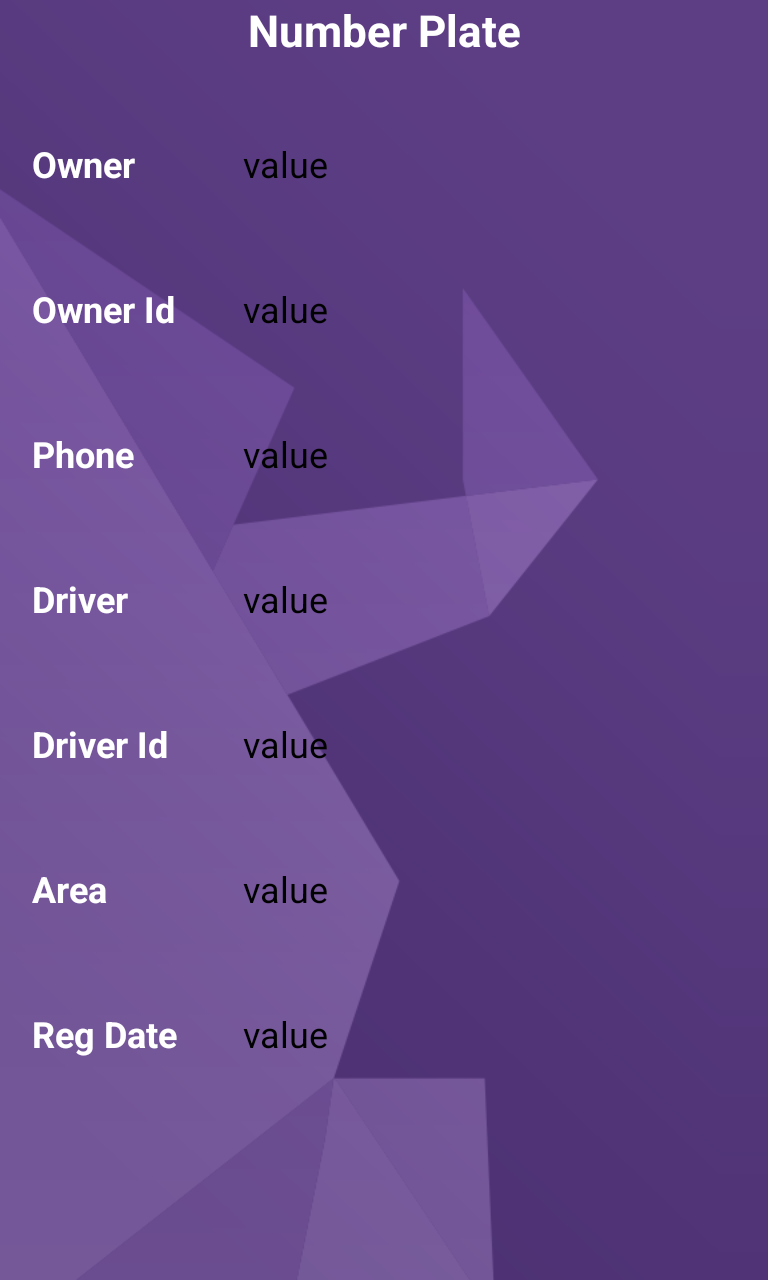
Repository: walteranyika/personal
Layout: PikiPiki/res/layout/activity_details.xml
An editor plug-in stored every save of this project. The layout is shown before and after the next save, followed by the edit.
It is drawn on a 768 x 1280 px phone screen (xhdpi) without system bars, with theme AppTheme; the app's code is not run.

Above is the layout before, as saved 2015-11-06 12:10:29.

### PikiPiki/res/layout/activity_details.xml
<RelativeLayout xmlns:android="http://schemas.android.com/apk/res/android"
    xmlns:tools="http://schemas.android.com/tools"
    android:layout_width="match_parent"
    android:layout_height="match_parent"
    android:background="@drawable/background_fill"
    tools:context=".DetailsActivity" >

    <ImageView
        android:id="@+id/imageView1"
        android:layout_width="match_parent"
        android:layout_height="match_parent"
        android:layout_alignParentLeft="true"
        android:layout_alignParentTop="true"
        android:contentDescription="@string/background_image"
        android:scaleType="fitStart"
        android:src="@drawable/background" />

    <TextView
        android:id="@+id/tvRegNo"
        android:layout_width="match_parent"
        android:layout_height="wrap_content"
        android:layout_alignRight="@+id/imageView1"
        android:layout_marginBottom="24dp"
        android:gravity="center_horizontal"
        android:text="@string/number_plate"
        android:textAppearance="?android:attr/textAppearanceLarge"
        android:textColor="@android:color/white"
        android:textStyle="bold" />

    <LinearLayout
        android:padding="16dp"
        android:id="@+id/LinearLayout01"
        android:layout_width="fill_parent"
        android:layout_height="wrap_content"
        android:layout_alignParentLeft="true"
        android:layout_below="@+id/linearLayout1"
        android:layout_marginTop="16dp" >

        <TextView
            android:id="@+id/TextView01"
            android:layout_width="0dp"
            android:layout_height="wrap_content"
            android:layout_weight="0.3"
            android:text="@string/owner_id"
            android:textAppearance="?android:attr/textAppearanceMedium"
            android:textColor="@android:color/white"
            android:textStyle="bold" />

        <TextView
            android:id="@+id/tvOwnerId"
            android:layout_width="0dp"
            android:layout_height="wrap_content"
            android:layout_weight="0.7"
            android:text="@string/empty_string"
            android:textAppearance="?android:attr/textAppearanceMedium" />
    </LinearLayout>

    <LinearLayout
        android:padding="16dp"
        android:id="@+id/LinearLayout02"
        android:layout_width="fill_parent"
        android:layout_height="wrap_content"
        android:layout_alignParentLeft="true"
        android:layout_below="@+id/LinearLayout01"
        android:layout_marginTop="16dp" >

        <TextView
            android:id="@+id/TextView03"
            android:layout_width="0dp"
            android:layout_height="wrap_content"
            android:layout_weight="0.3"
            android:text="@string/phone"
            android:textAppearance="?android:attr/textAppearanceMedium"
            android:textColor="@android:color/white"
            android:textStyle="bold" />

        <TextView
            android:id="@+id/tvPhone"
            android:layout_width="0dp"
            android:layout_height="wrap_content"
            android:layout_weight="0.7"
            android:text="@string/empty_string"
            android:textAppearance="?android:attr/textAppearanceMedium" />
    </LinearLayout>

    <LinearLayout
        android:padding="16dp"
        android:id="@+id/LinearLayout03"
        android:layout_width="fill_parent"
        android:layout_height="wrap_content"
        android:layout_alignParentLeft="true"
        android:layout_below="@+id/LinearLayout02"
        android:layout_marginTop="16dp" >

        <TextView
            android:id="@+id/TextView05"
            android:layout_width="0dp"
            android:layout_height="wrap_content"
            android:layout_weight="0.3"
            android:text="@string/driver"
            android:textAppearance="?android:attr/textAppearanceMedium"
            android:textColor="@android:color/white"
            android:textStyle="bold" />

        <TextView
            android:id="@+id/tvDriverName"
            android:layout_width="0dp"
            android:layout_height="wrap_content"
            android:layout_weight="0.7"
            android:text="@string/empty_string"
            android:textAppearance="?android:attr/textAppearanceMedium" />
    </LinearLayout>

    <LinearLayout
        android:padding="16dp"
        android:id="@+id/LinearLayout04"
        android:layout_width="fill_parent"
        android:layout_height="wrap_content"
        android:layout_alignParentLeft="true"
        android:layout_below="@+id/LinearLayout03"
        android:layout_marginTop="16dp" >

        <TextView
            android:id="@+id/TextView07"
            android:layout_width="0dp"
            android:layout_height="wrap_content"
            android:layout_weight="0.3"
            android:text="@string/driver_id"
            android:textAppearance="?android:attr/textAppearanceMedium"
            android:textColor="@android:color/white"
            android:textStyle="bold" />

        <TextView
            android:id="@+id/tvDriverId"
            android:layout_width="0dp"
            android:layout_height="wrap_content"
            android:layout_weight="0.7"
            android:text="@string/empty_string"
            android:textAppearance="?android:attr/textAppearanceMedium" />
    </LinearLayout>

    <LinearLayout
        android:padding="16dp"
        android:id="@+id/LinearLayout05"
        android:layout_width="fill_parent"
        android:layout_height="wrap_content"
        android:layout_alignParentLeft="true"
        android:layout_below="@+id/LinearLayout04"
        android:layout_marginTop="16dp" >

        <TextView
            android:id="@+id/TextView09"
            android:layout_width="0dp"
            android:layout_height="wrap_content"
            android:layout_weight="0.3"
            android:text="@string/area"
            android:textAppearance="?android:attr/textAppearanceMedium"
            android:textColor="@android:color/white"
            android:textStyle="bold" />

        <TextView
            android:id="@+id/tvAreaOperation"
            android:layout_width="0dp"
            android:layout_height="wrap_content"
            android:layout_weight="0.7"
            android:text="@string/empty_string"
            android:textAppearance="?android:attr/textAppearanceMedium" />
    </LinearLayout>

    <LinearLayout
        android:padding="16dp"
        android:id="@+id/LinearLayout06"
        android:layout_width="fill_parent"
        android:layout_height="wrap_content"
        android:layout_alignParentLeft="true"
        android:layout_below="@+id/LinearLayout05"
        android:layout_marginTop="16dp" >

        <TextView
            android:id="@+id/TextView11"
            android:layout_width="0dp"
            android:layout_height="wrap_content"
            android:layout_weight="0.3"
            android:text="@string/reg_date"
            android:textAppearance="?android:attr/textAppearanceMedium"
            android:textColor="@android:color/white"
            android:textStyle="bold" />

        <TextView
            android:id="@+id/tvDate"
            android:layout_width="0dp"
            android:layout_height="wrap_content"
            android:layout_weight="0.7"
            android:text="@string/empty_string"
            android:textAppearance="?android:attr/textAppearanceMedium" />
    </LinearLayout>

    <LinearLayout
        android:padding="16dp"
        android:id="@+id/linearLayout1"
        android:layout_width="fill_parent"
        android:layout_height="wrap_content"
        android:layout_alignLeft="@+id/imageView1"
        android:layout_below="@+id/tvRegNo" >

        <TextView
            android:id="@+id/textView2"
            android:layout_width="0dp"
            android:layout_height="wrap_content"
            android:layout_weight="0.3"
            android:text="@string/owner"
            android:textAppearance="?android:attr/textAppearanceMedium"
            android:textColor="@android:color/white"
            android:textStyle="bold" />

        <TextView
            android:id="@+id/tvOwnerName"
            android:layout_width="0dp"
            android:layout_height="wrap_content"
            android:layout_weight="0.7"
            android:text="@string/empty_string"
            android:textAppearance="?android:attr/textAppearanceMedium" />
    </LinearLayout>

</RelativeLayout>

### PikiPiki/res/values/themes_apptheme.xml
<?xml version="1.0" encoding="utf-8"?>

<!-- Generated with http://android-holo-colors.com -->
<resources xmlns:android="http://schemas.android.com/apk/res/android">

  <style name="AppTheme" parent="@style/_AppTheme"/>

  <style name="_AppTheme" parent="android:Theme.Holo.Light">

    <item name="android:editTextBackground">@drawable/apptheme_edit_text_holo_light</item>

    <item name="android:buttonStyle">@style/ButtonAppTheme</item>

    <item name="android:imageButtonStyle">@style/ImageButtonAppTheme</item>

  </style>

</resources>

### PikiPiki/res/values/styles_apptheme.xml
<?xml version="1.0" encoding="utf-8"?>

<!-- Generated with http://android-holo-colors.com -->
<resources xmlns:android="http://schemas.android.com/apk/res/android">

  <style name="ButtonAppTheme" parent="android:Widget.Holo.Light.Button">
	  <item name="android:background">@drawable/apptheme_btn_default_holo_light</item>
  </style>

  <style name="ImageButtonAppTheme" parent="android:Widget.Holo.Light.ImageButton">
	  <item name="android:background">@drawable/apptheme_btn_default_holo_light</item>
  </style>

</resources>

### PikiPiki/res/drawable/apptheme_btn_default_holo_light.xml
<?xml version="1.0" encoding="utf-8"?>

<selector xmlns:android="http://schemas.android.com/apk/res/android">
    <item android:state_window_focused="false" android:state_enabled="true"
        android:drawable="@drawable/apptheme_btn_default_normal_holo_light" />
    <item android:state_window_focused="false" android:state_enabled="false"
        android:drawable="@drawable/apptheme_btn_default_disabled_holo_light" />
    <item android:state_pressed="true"
        android:drawable="@drawable/apptheme_btn_default_pressed_holo_light" />
    <item android:state_focused="true" android:state_enabled="true"
        android:drawable="@drawable/apptheme_btn_default_focused_holo_light" />
    <item android:state_enabled="true"
        android:drawable="@drawable/apptheme_btn_default_normal_holo_light" />
    <item android:state_focused="true"
        android:drawable="@drawable/apptheme_btn_default_disabled_focused_holo_light" />
    <item
         android:drawable="@drawable/apptheme_btn_default_disabled_holo_light" />
</selector>

### PikiPiki/res/values/strings.xml
<?xml version="1.0" encoding="utf-8"?>
<resources>

    <string name="app_name">PikiPiki</string>
    <string name="action_settings">Settings</string>
    <string name="motorbike">Motor Bike</string>
    <string name="sync">Sync</string>
    <string name="phone">Phone</string>
    <string name="_0734567843">Phone</string>
    <string name="area">Area</string>
    <string name="reg_date">Reg Date</string>
    <string name="driver_id">Driver Id</string>
    <string name="driver">Driver</string>
    <string name="owner">Owner</string>
    <string name="owner_id">Owner Id</string>
    <string name="search">Search</string>
    <string name="bike_reg_number">Bike Reg Number</string>
    <string name="back_ground_image">Back Ground Image</string>
    <string name="title_activity_details">DetailsActivity</string>
    <string name="hello_world">Hello world!</string>
    <string name="background_image">Background Image</string>
    <string name="empty_string">value</string>
    <string name="number_plate">Number Plate</string>

</resources>

Loaded but not shown: PikiPiki/res/values/styles.xml (common file); PikiPiki/res/drawable/apptheme_edit_text_holo_light.xml (common file); PikiPiki/res/values-v11/styles.xml (common file); PikiPiki/res/values-v14/styles.xml (common file)

After the next save:
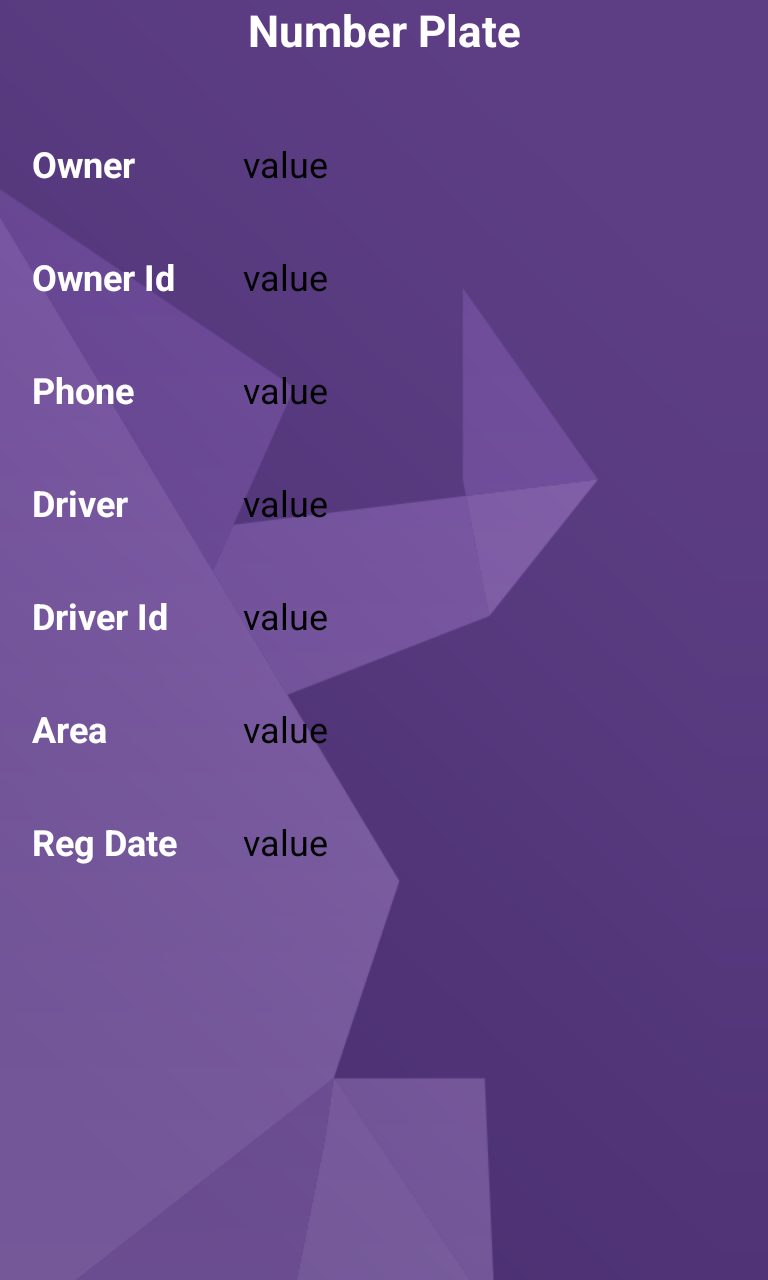
Saved 86 s later.
--- a/PikiPiki/res/layout/activity_details.xml
+++ b/PikiPiki/res/layout/activity_details.xml
@@ -34,7 +34,7 @@
         android:layout_height="wrap_content"
         android:layout_alignParentLeft="true"
         android:layout_below="@+id/linearLayout1"
-        android:layout_marginTop="16dp" >
+ >
 
         <TextView
             android:id="@+id/TextView01"
@@ -62,7 +62,7 @@
         android:layout_height="wrap_content"
         android:layout_alignParentLeft="true"
         android:layout_below="@+id/LinearLayout01"
-        android:layout_marginTop="16dp" >
+      >
 
         <TextView
             android:id="@+id/TextView03"
@@ -90,7 +90,7 @@
         android:layout_height="wrap_content"
         android:layout_alignParentLeft="true"
         android:layout_below="@+id/LinearLayout02"
-        android:layout_marginTop="16dp" >
+         >
 
         <TextView
             android:id="@+id/TextView05"
@@ -118,7 +118,7 @@
         android:layout_height="wrap_content"
         android:layout_alignParentLeft="true"
         android:layout_below="@+id/LinearLayout03"
-        android:layout_marginTop="16dp" >
+        >
 
         <TextView
             android:id="@+id/TextView07"
@@ -146,7 +146,7 @@
         android:layout_height="wrap_content"
         android:layout_alignParentLeft="true"
         android:layout_below="@+id/LinearLayout04"
-        android:layout_marginTop="16dp" >
+         >
 
         <TextView
             android:id="@+id/TextView09"
@@ -174,7 +174,7 @@
         android:layout_height="wrap_content"
         android:layout_alignParentLeft="true"
         android:layout_below="@+id/LinearLayout05"
-        android:layout_marginTop="16dp" >
+        >
 
         <TextView
             android:id="@+id/TextView11"
